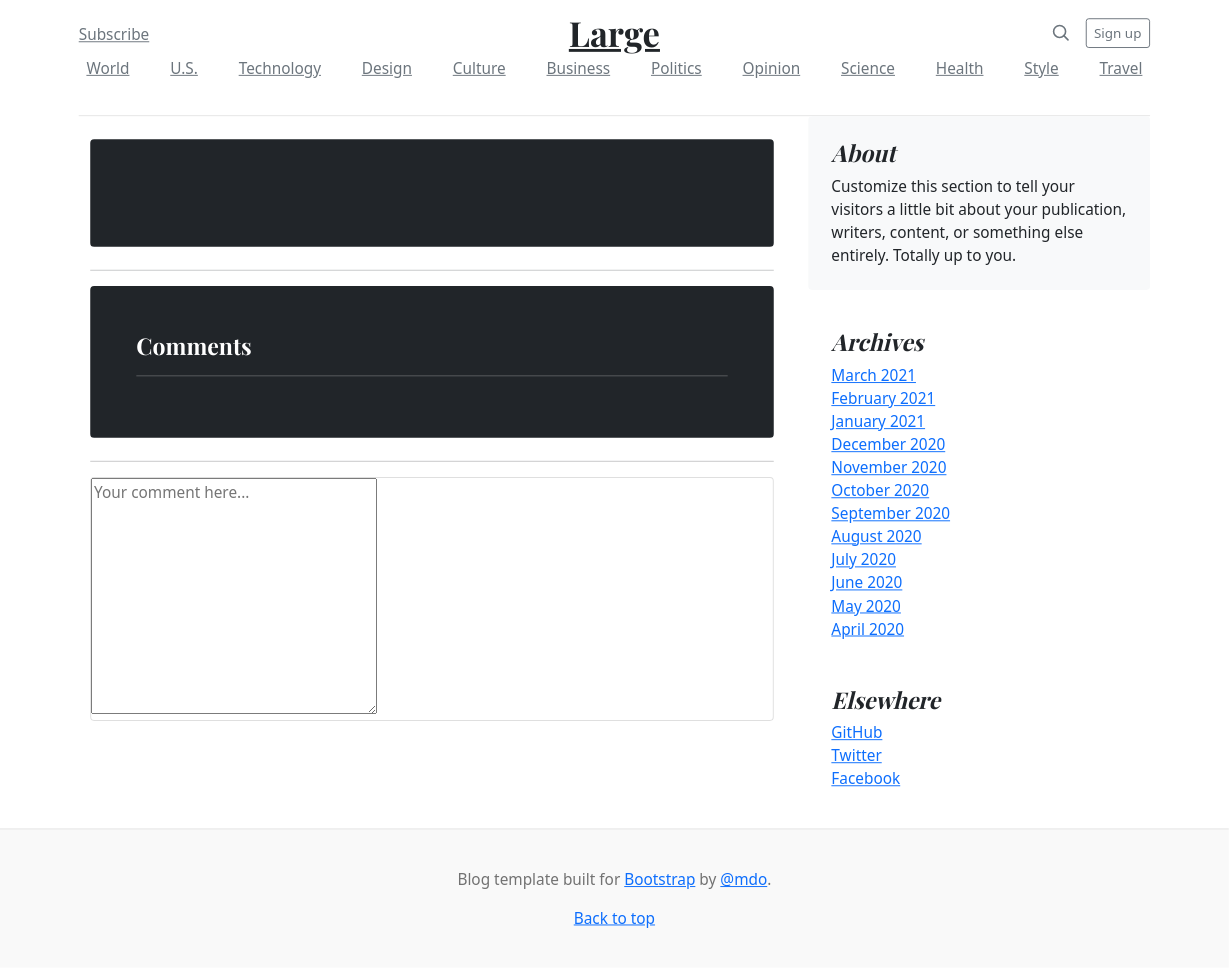
Repository: GarlicButterBoy/WEBD5201
Page: resources/views/posts/show.blade.php
The author's editor kept a copy of each file at every save. The page is drawn from the files as they stood at one save, then again after the next save.
The browser window is 1280 px wide. The pictures show the whole page, at 96% of full size.
The page is served by the project's Laravel application, run on PHP 8.4 with Laravel 8. Other server files are loaded and not shown. The template is opened directly, without the code that normally fills it, so the values that code supplies are empty.

Above is the page before, as saved 2021-09-21 17:42:44.

### routes/web.php
<?php

/*
|--------------------------------------------------------------------------
| Web Routes
|--------------------------------------------------------------------------
|
| Here is where you can register web routes for your application. These
| routes are loaded by the RouteServiceProvider within a group which
| contains the "web" middleware group. Now create something great!
|
*/
use App\Task;
use App\Post;

// Route::get('/tasks', function () {
//     $tasks = DB::table('tasks')->get();
//     $tasks = \App\Task::all();
//     return view('tasks.index', compact('tasks'));
// });
Route::get('/tasks', 'TasksController@index'); //Replaced -> //Route::get('/tasks', function () {});
Route::get('/tasks/{task}', 'TasksController@show'); //Replaced -> //Route::get('/tasks/{task}', function ($id) {});


Route::get('/', 'PostsController@index');
Route::get('/posts/create', 'PostsController@create');
Route::post('/posts', 'PostsController@store');
Route::get('/posts/{post}', 'PostsController@show'); //Replaced -> //Route::get('/tasks', function () {});

// Route::get('/', function () {
//     //$name = 'Laracasts';
//     $tasks = [
//      'Go to the store',
//      'Finish my screencast',
//      'Clean the house'];
//     //Lesson 5, 3 ways to pass data to view
//     //return view('welcome', ['tasks' => $tasks]);
//     return view('welcome', compact('tasks'));
//     //return view('welcome')->with('tasks', $tasks);
// });
Route::get('/about', function () {  return view('about'); });

/* Posts
 *
 * GET /posts
 * GET /posts/create
 *
 * POST /posts
 *
 * GET /posts/{id}/edit
 * GET /posts/{id}
 *
 * PATCH /posts/{id}
 *
 * DELETE /posts/{id}
 *
 */

### resources/views/posts/show.blade.php
@extends ('layouts.main')


@section ('content')
<div class="col-md-8 p-4 ">
    <div class="p-4 p-md-5 mb-4 text-white rounded bg-dark">
        <h1>{{ $post->title }}</h1>

        <p>{{ $post->body }}</p>
    </div>

    <hr>

    <div class="comments p-4 p-md-5 mb-4 text-white rounded bg-dark">
        <h4>Comments</h4>
        <hr>
        <ol>
        @foreach ($post->comments as $comment)
        <li>
        <article>
            <strong>{{ $comment->created_at->diffForHumans() }}:</strong>

            {{$comment->body}}
        </article>
        </li>
        @endforeach
        </ol>
    </div>
    <hr>
    <div class="card">
        <div class="card-block">
    <form action="POST">
        <div class="form-group">
            <textarea name="body" id="body" cols="30" rows="10" placeholder="Your comment here..."></textarea>
        </div>
    </form>
        </div>
    </div>


</div>

@endsection

### resources/views/layouts/main.blade.php
<!doctype html>
<html lang="en">
  <head>
    <meta charset="utf-8">
    <meta name="viewport" content="width=device-width, initial-scale=1">
    <meta name="description" content="">
    <meta name="author" content="Mark Otto, Jacob Thornton, and Bootstrap contributors">
    <meta name="generator" content="Hugo 0.88.1">
    <title>Blog Template · Bootstrap v5.1</title>

    <link rel="canonical" href="https://getbootstrap.com/docs/5.1/examples/blog/">



    <!-- Bootstrap core CSS -->
    <link href="https://cdn.jsdelivr.net/npm/bootstrap@5.1.1/dist/css/bootstrap.min.css" rel="stylesheet" integrity="sha384-F3w7mX95PdgyTmZZMECAngseQB83DfGTowi0iMjiWaeVhAn4FJkqJByhZMI3AhiU" crossorigin="anonymous">

    <!-- Favicons -->
<link rel="apple-touch-icon" href="/docs/5.1/assets/img/favicons/apple-touch-icon.png" sizes="180x180">
<link rel="icon" href="/docs/5.1/assets/img/favicons/favicon-32x32.png" sizes="32x32" type="image/png">
<link rel="icon" href="/docs/5.1/assets/img/favicons/favicon-16x16.png" sizes="16x16" type="image/png">
<link rel="manifest" href="/docs/5.1/assets/img/favicons/manifest.json">
<link rel="mask-icon" href="/docs/5.1/assets/img/favicons/safari-pinned-tab.svg" color="#7952b3">
<link rel="icon" href="/docs/5.1/assets/img/favicons/favicon.ico">
<meta name="theme-color" content="#7952b3">


    <style>
      .bd-placeholder-img {
        font-size: 1.125rem;
        text-anchor: middle;
        -webkit-user-select: none;
        -moz-user-select: none;
        user-select: none;
      }

      @media (min-width: 768px) {
        .bd-placeholder-img-lg {
          font-size: 3.5rem;
        }
      }
    </style>


    <!-- Custom styles for this template -->
    <link href="https://fonts.googleapis.com/css?family=Playfair&#43;Display:700,900&amp;display=swap" rel="stylesheet">
    <!-- Custom styles for this template -->
    <link href="/css/blog.css" rel="stylesheet">
  </head>
  <body>

<div class="container">
  <header class="blog-header py-3">
    <div class="row flex-nowrap justify-content-between align-items-center">
      <div class="col-4 pt-1">
        <a class="link-secondary" href="#">Subscribe</a>
      </div>
      <div class="col-4 text-center">
        <a class="blog-header-logo text-dark" href="#">Large</a>
      </div>
      <div class="col-4 d-flex justify-content-end align-items-center">
        <a class="link-secondary" href="#" aria-label="Search">
          <svg xmlns="http://www.w3.org/2000/svg" width="20" height="20" fill="none" stroke="currentColor" stroke-linecap="round" stroke-linejoin="round" stroke-width="2" class="mx-3" role="img" viewBox="0 0 24 24"><title>Search</title><circle cx="10.5" cy="10.5" r="7.5"/><path d="M21 21l-5.2-5.2"/></svg>
        </a>
        <a class="btn btn-sm btn-outline-secondary" href="#">Sign up</a>
      </div>
    </div>


  @include ('layouts.nav')
  </header>


</div>

<div class="container">
  <div class="row">

    @yield ('content')

    @include ('layouts.sidebar')
    </div>

</main>
  </div>
</div>

@include ('layouts.footer')

  </body>
</html>

### resources/views/layouts/nav.blade.php
<div class="nav-scroller py-1 mb-2">
    <nav class="nav d-flex justify-content-between">
      <a class="p-2 link-secondary" href="#">World</a>
      <a class="p-2 link-secondary" href="#">U.S.</a>
      <a class="p-2 link-secondary" href="#">Technology</a>
      <a class="p-2 link-secondary" href="#">Design</a>
      <a class="p-2 link-secondary" href="#">Culture</a>
      <a class="p-2 link-secondary" href="#">Business</a>
      <a class="p-2 link-secondary" href="#">Politics</a>
      <a class="p-2 link-secondary" href="#">Opinion</a>
      <a class="p-2 link-secondary" href="#">Science</a>
      <a class="p-2 link-secondary" href="#">Health</a>
      <a class="p-2 link-secondary" href="#">Style</a>
      <a class="p-2 link-secondary" href="#">Travel</a>
    </nav>
</div>

### resources/views/layouts/sidebar.blade.php
<div class="col-md-4">
      <div class="position-sticky" style="top: 2rem;">
        <div class="p-4 mb-3 bg-light rounded">
          <h4 class="fst-italic">About</h4>
          <p class="mb-0">Customize this section to tell your visitors a little bit about your publication, writers, content, or something else entirely. Totally up to you.</p>
        </div>

        <div class="p-4">
          <h4 class="fst-italic">Archives</h4>
          <ol class="list-unstyled mb-0">
            <li><a href="#">March 2021</a></li>
            <li><a href="#">February 2021</a></li>
            <li><a href="#">January 2021</a></li>
            <li><a href="#">December 2020</a></li>
            <li><a href="#">November 2020</a></li>
            <li><a href="#">October 2020</a></li>
            <li><a href="#">September 2020</a></li>
            <li><a href="#">August 2020</a></li>
            <li><a href="#">July 2020</a></li>
            <li><a href="#">June 2020</a></li>
            <li><a href="#">May 2020</a></li>
            <li><a href="#">April 2020</a></li>
          </ol>
        </div>

        <div class="p-4">
          <h4 class="fst-italic">Elsewhere</h4>
          <ol class="list-unstyled">
            <li><a href="#">GitHub</a></li>
            <li><a href="#">Twitter</a></li>
            <li><a href="#">Facebook</a></li>
          </ol>
        </div>
      </div>
    </div>

### resources/views/layouts/footer.blade.php
<footer class="blog-footer">
  <p>Blog template built for <a href="https://getbootstrap.com/">Bootstrap</a> by <a href="https://twitter.com/mdo">@mdo</a>.</p>
  <p>
    <a href="#">Back to top</a>
  </p>
</footer>

### public/css/blog.css

  /* stylelint-disable selector-list-comma-newline-after */

.blog-header {
  line-height: 1;
  border-bottom: 1px solid #e5e5e5;
}

.blog-header-logo {
  font-family: "Playfair Display", Georgia, "Times New Roman", serif/*rtl:Amiri, Georgia, "Times New Roman", serif*/;
  font-size: 2.25rem;
}

.blog-header-logo:hover {
  text-decoration: none;
}

h1, h2, h3, h4, h5, h6 {
  font-family: "Playfair Display", Georgia, "Times New Roman", serif/*rtl:Amiri, Georgia, "Times New Roman", serif*/;
}

.display-4 {
  font-size: 2.5rem;
}
@media (min-width: 768px) {
  .display-4 {
    font-size: 3rem;
  }
}

.nav-scroller {
  position: relative;
  z-index: 2;
  height: 2.75rem;
  overflow-y: hidden;
}

.nav-scroller .nav {
  display: flex;
  flex-wrap: nowrap;
  padding-bottom: 1rem;
  margin-top: -1px;
  overflow-x: auto;
  text-align: center;
  white-space: nowrap;
  -webkit-overflow-scrolling: touch;
}

.nav-scroller .nav-link {
  padding-top: .75rem;
  padding-bottom: .75rem;
  font-size: .875rem;
}

.card-img-right {
  height: 100%;
  border-radius: 0 3px 3px 0;
}

.flex-auto {
  flex: 0 0 auto;
}

.h-250 { height: 250px; }
@media (min-width: 768px) {
  .h-md-250 { height: 250px; }
}

/* Pagination */
.blog-pagination {
  margin-bottom: 4rem;
}
.blog-pagination > .btn {
  border-radius: 2rem;
}

/*
 * Blog posts
 */
.blog-post {
  margin-bottom: 4rem;
}
.blog-post-title {
  margin-bottom: .25rem;
  font-size: 2.5rem;
}
.blog-post-meta {
  margin-bottom: 1.25rem;
  color: #727272;
}

/*
 * Footer
 */
.blog-footer {
  padding: 2.5rem 0;
  color: #727272;
  text-align: center;
  background-color: #f9f9f9;
  border-top: .05rem solid #e5e5e5;
}
.blog-footer p:last-child {
  margin-bottom: 0;
}

Loaded but not shown: app/Providers/AppServiceProvider.php (common file)

After the next save:
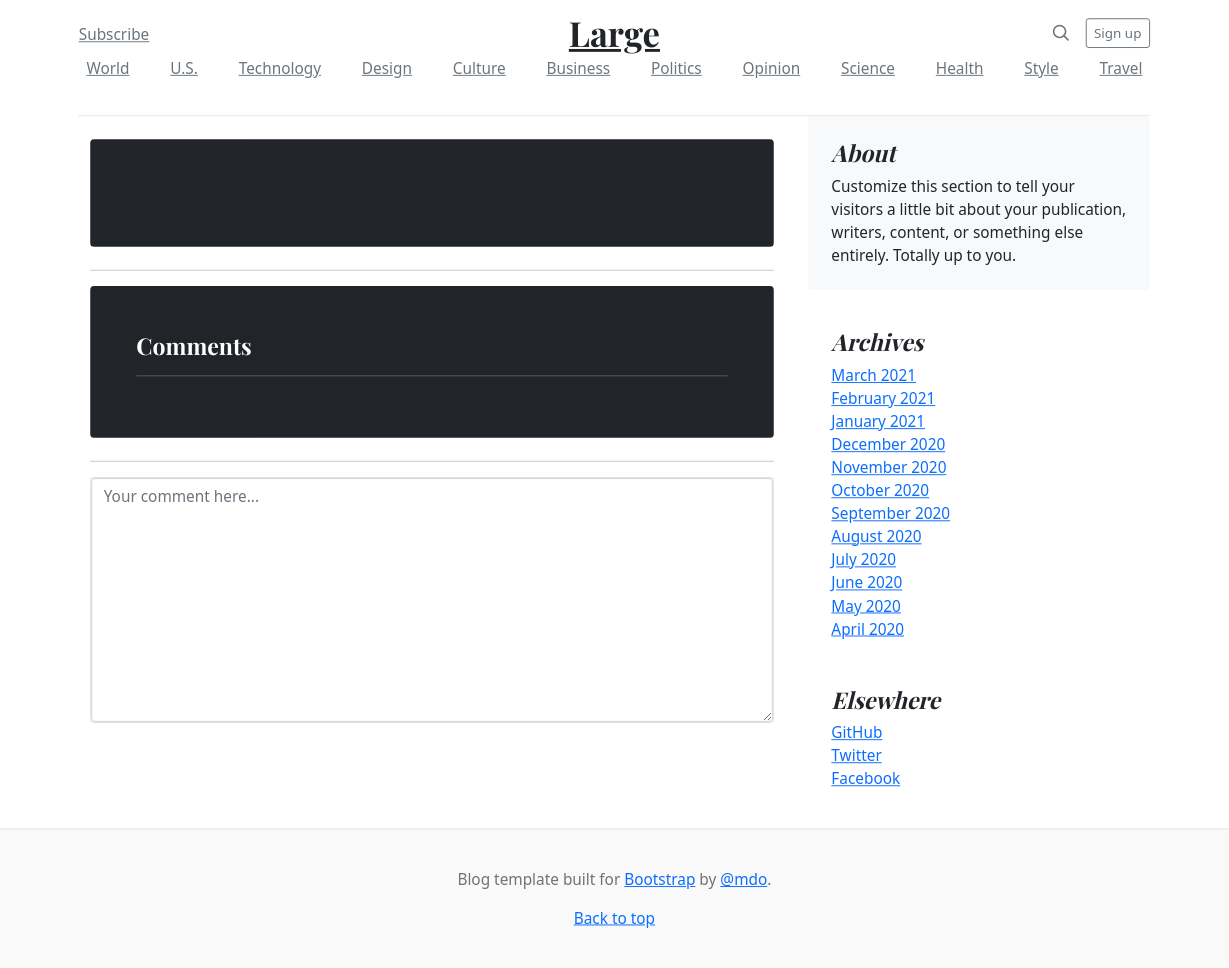
Saved 14 s later.
--- a/resources/views/posts/show.blade.php
+++ b/resources/views/posts/show.blade.php
@@ -31,7 +31,7 @@
         <div class="card-block">
     <form action="POST">
         <div class="form-group">
-            <textarea name="body" id="body" cols="30" rows="10" placeholder="Your comment here..."></textarea>
+            <textarea class="form-control" name="body" id="body" cols="30" rows="10" placeholder="Your comment here..."></textarea>
         </div>
     </form>
         </div>
